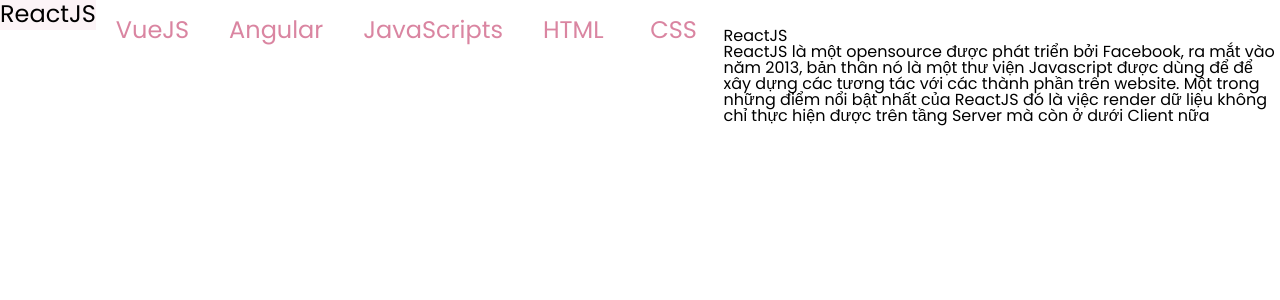
Repository: HoangLong0210/TabsUI
Page: index.html
The author's editor kept a copy of each file at every save. The page is drawn from the files as they stood at one save, then again after the next save.
The browser window is 1280 px wide. The pictures show the whole page.

Above is the page before, as saved 2022-05-16 11:26:14.

### index.html
<!DOCTYPE html>
<html lang="en">
<head>
    <meta charset="UTF-8">
    <meta http-equiv="X-UA-Compatible" content="IE=edge">
    <meta name="viewport" content="width=device-width, initial-scale=1.0">
    <title>Tabs UI</title>
    <link rel="stylesheet" href="./reset.css" />
    <link rel="stylesheet" href="./style.css" />
    <link rel="preconnect" href="https://fonts.googleapis.com" />
    <link rel="preconnect" href="https://fonts.gstatic.com" crossorigin />
    <link
      href="https://fonts.googleapis.com/css2?family=Poppins:ital,wght@0,300;0,400;1,700&display=swap"
      rel="stylesheet"
    />
</head>
<body>
    <!-- tabs item -->
    <div class="tabs">
        <div class="tab__item__active">
            <i class="fab fa-react">ReactJS</i>
        </div>
        <div class="tab__item">
            <i class="fab fa-vuejs">VueJS</i>
        </div>
        <div class="tab__item">
            <i class="fab fa-angular">Angular</i>
        </div>
        <div class="tab__item">
            <i class="fab fa-js">JavaScripts</i>
        </div>
        <div class="tab__item">
            <i class="fab fa-html5">HTML</i>
        </div>
        <div class="tab__item">
            <i class="fab fa-css3">CSS</i>
        </div>
        <div class="line"></div>
    </div>


    <!-- tabs content -->
    <div class="content">
        <div class="content__description__active">
            <h2>ReactJS</h2>
            <p>ReactJS là một opensource được phát triển bởi Facebook, ra mắt vào năm 2013, bản thân nó là một thư viện Javascript được dùng để để xây dựng các tương tác với các thành phần trên website. Một trong những điểm nổi bật nhất của ReactJS đó là việc render dữ liệu không chỉ thực hiện được trên tầng Server mà còn ở dưới Client nữa</p>
        </div>
        <div class="content__description">
            <h2>VueJS</h2>
            <p>VueJS là một framework linh động dùng để xây dựng giao diện người dùng. Khác với các framework nguyên khối, Vue được thiết kế từ đầu theo hướng cho phép và khuyến khích việc phát triển ứng dụng theo các bước</p>
        </div>
        <div class="content__description">
            <h2>Angular</h2>
            <p>Angular là một JavaScript framework dùng để viết giao diện web (Front-end), được phát triển bởi Google</p>
        </div>
        <div class="content__description">
            <h2>JavaScripts</h2>
            <p>JavaScripts là một ngôn ngữ lập trình thông dịch được phát triển từ các ý niệm nguyên mẫu</p>
        </div>
        <div class="content__description">
            <h2>HTML</h2>
            <p>HTML là một ngôn ngữ đánh dấu được thiết kế ra để tạo nên các trang web trên World Wide Web. Nó có thể được trợ giúp bởi các công nghệ như CSS và các ngôn ngữ kịch bản giống như JavaScript</p>
        </div>
        <div class="content__description">
            <h2>CSS</h2>
            <p>CSS là chữ viết tắt của Cascading Style Sheets, nó là một ngôn ngữ được sử dụng để tìm và định dạng lại các phần tử được tạo ra bởi các ngôn ngữ đánh dấu (HTML)</p>
        </div>
    </div>
</body>
</html>

### style.css
* {
  padding: 0;
  margin: 0;
  box-sizing: border-box;
}

html {
  font-size: 62.5%;
}

body {
  display: flex;
  font-family: "Poppins", sans-serif;
  font-size: 1.6rem;
}

.tabs {
  display: flex;
  position: relative;
}

.tabs .line {
  position: absolute;
  left: 0;
  bottom: 0;
  width: 0;
  height: 6px;
  border-radius: 1.5rem;
  background-color: #c23564;
  transition: all 0.2s ease;
}

.tab__item {
  min-width: 10rem;
  padding: 16px 20px 10px 20px;
  font-size: 2rem;
  text-align: center;
  color: #c23564;
  background-color: #fff;
  border-top-left-radius: 5px;
  border-top-right-radius: 5px;
  border-bottom: 5px solid transparent;
  opacity: 0.6;
  cursor: pointer;
  transition: all 0.5s ease;
}

.fab {
  font-size: 24px;
  width: 32px;
  position: relative;
  top: 2px;
}

.fab:hover {
  opacity: 1;
  background-color: rgba(194, 53, 100, 0.05);
  border-color: rgba(194, 53, 100, 0.1);
}

.tab__item__active{
    opacity: 1;
  }

.content {
    padding: 28px 0;
}

.content__description{
    color: #333;
  display: none;
}

.content__description__active{
    display: block;
}

.tab__item h2{
    font-size: 24px;
  margin-bottom: 8px;
}

Loaded but not shown: reset.css (common file)

After the next save:
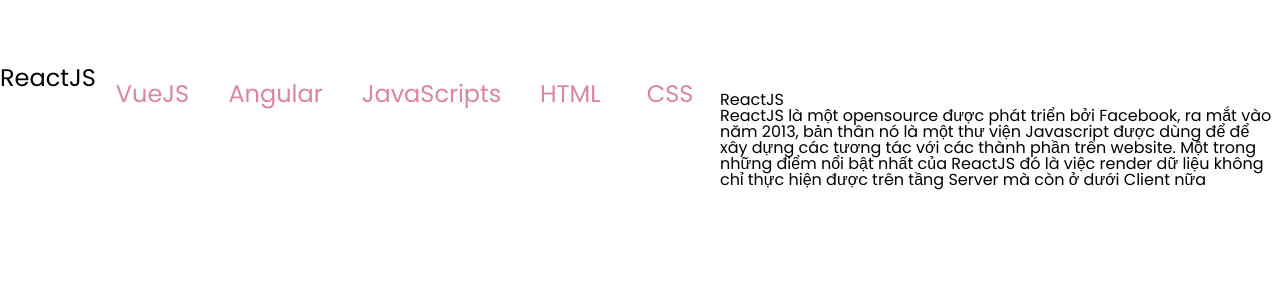
Saved 36 s later.
--- a/style.css
+++ b/style.css
@@ -13,6 +13,11 @@
   font-family: "Poppins", sans-serif;
   font-size: 1.6rem;
 }
+
+body > div {
+    margin: 5% auto 0;
+    max-width: 720px;
+  }
 
 .tabs {
   display: flex;
